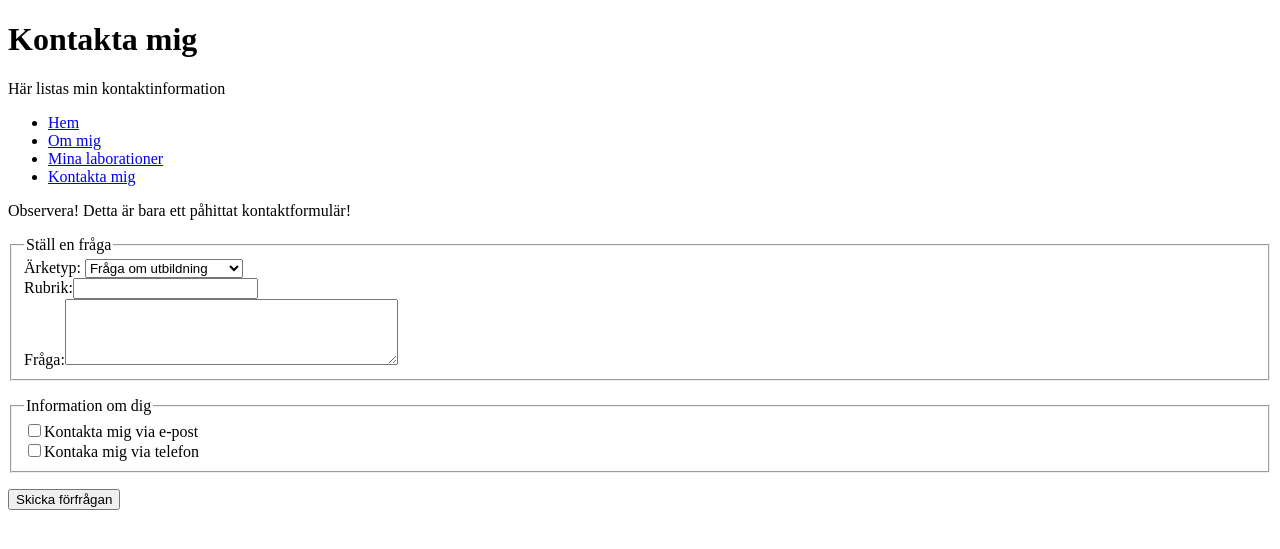
Repository: Holmewi/1ik415-jh222qr-laborationer
Page: pages/kontakt.html
The author's editor kept a record of every edit. The page is drawn from the files as they stood at one moment, then again after the next edit.
The browser window is 1280 px wide. The pictures show the whole page.

Above is the page before.

### pages/kontakt.html
<!DOCTYPE HTML>
<html>
    <head>
        <meta charset="utf-8">
        <title>Kontakta mig - Här listas min kontaktinformation</title>
    </head>
    <body>
        <h1>Kontakta mig</h1>
        <p>Här listas min kontaktinformation</p>

        <div>
            <ul>
                <li><a href="../index.html">Hem</a></li>
                <li><a href="presentation.html">Om mig</a></li>
                <li><a href="laborationer.html">Mina laborationer</a></li>
                <li><a href="kontakt.html">Kontakta mig</a></li>
            </ul>
        </div>

        <p>Observera! Detta är bara ett påhittat kontaktformulär!</p>

        <form id="input" action="http://voyager.lnu.se/tekinet/kurser/dtt/wp_webbintro/form.php" method="post">
            <fieldset>
                <legend>Ställ en fråga</legend>

                Ärketyp:
                <select>
                    <option value="utbildning">Fråga om utbildning</option>
                    <option value="kurs">Fråga om kurs</option>
                    <option value="hyra">Fråga om anställning</option>
                    <option value="webbplatsen">Fråga om webbplatsen</option>
                    <option value="privat">Ställ en privat fråga</option>
                </select>
                <br>
                Rubrik:<input type="text" id="header"/>
                <br>
                Fråga:<textarea id="question" rows="4" cols="39"></textarea>
            </fieldset>
            <p>
            <fieldset>
                <legend>Information om dig</legend>
                <input type="checkbox" id="e-post"/>Kontakta mig via e-post<br>
                <input type="checkbox" id="telefon"/>Kontaka mig via telefon<br>
            </fieldset>
            </p>
            <input type="Submit" value="Skicka förfrågan">
        </form>


    </body>
</html>

After the next edit:
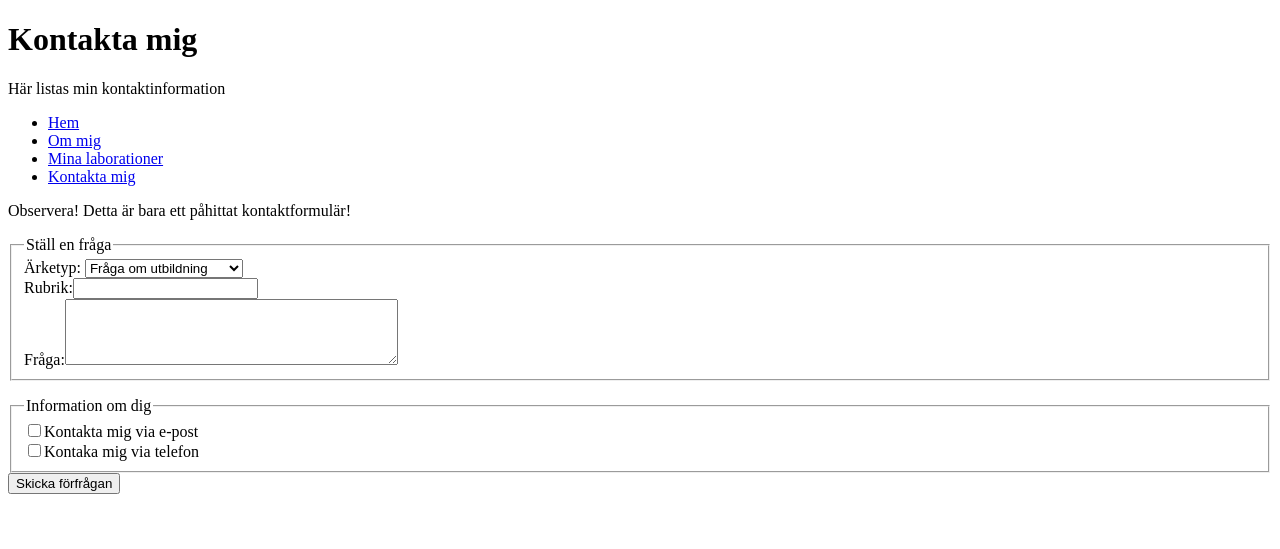
The edit:
--- a/pages/kontakt.html
+++ b/pages/kontakt.html
@@ -42,7 +42,6 @@
                 <input type="checkbox" id="e-post"/>Kontakta mig via e-post<br>
                 <input type="checkbox" id="telefon"/>Kontaka mig via telefon<br>
             </fieldset>
-            </p>
             <input type="Submit" value="Skicka förfrågan">
         </form>
 
